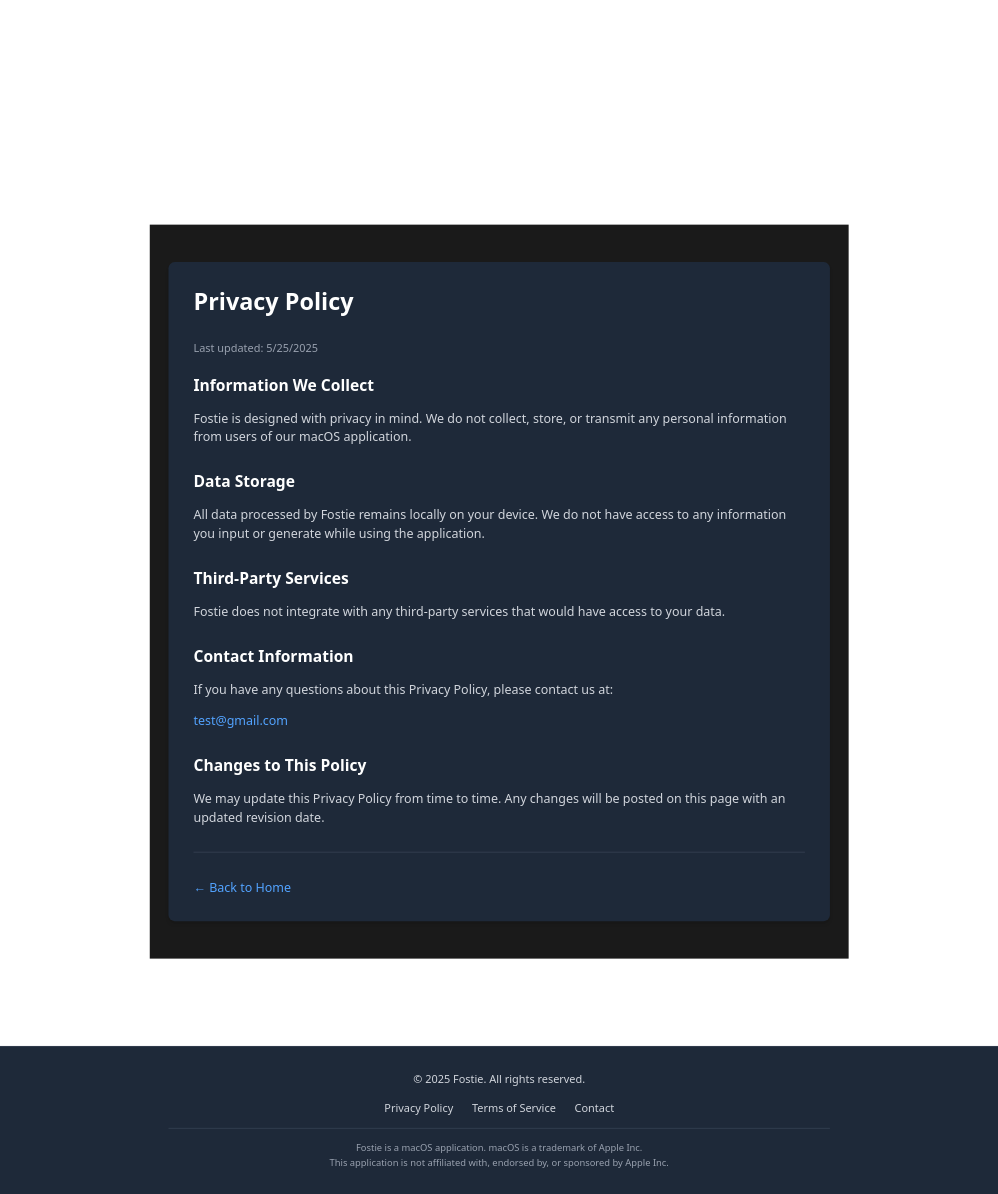
Repository: atimael/fostie-web
Page: /privacy
These files come from the project's save history. The page is drawn as it stood at one moment and after the next save; the edit follows.
The browser window is 1280 px wide. The pictures show the whole page, at 78% of full size.
The project was rebuilt for these pictures with package versions that can differ from the ones it lists, and the page was loaded fresh each time. The framework's server and built-in components were replaced by stand-ins that run in the browser. Also part of the build but not shown: next.config.js.

Above is the page before, as saved 2025-05-26 21:51:09.

After the next save:
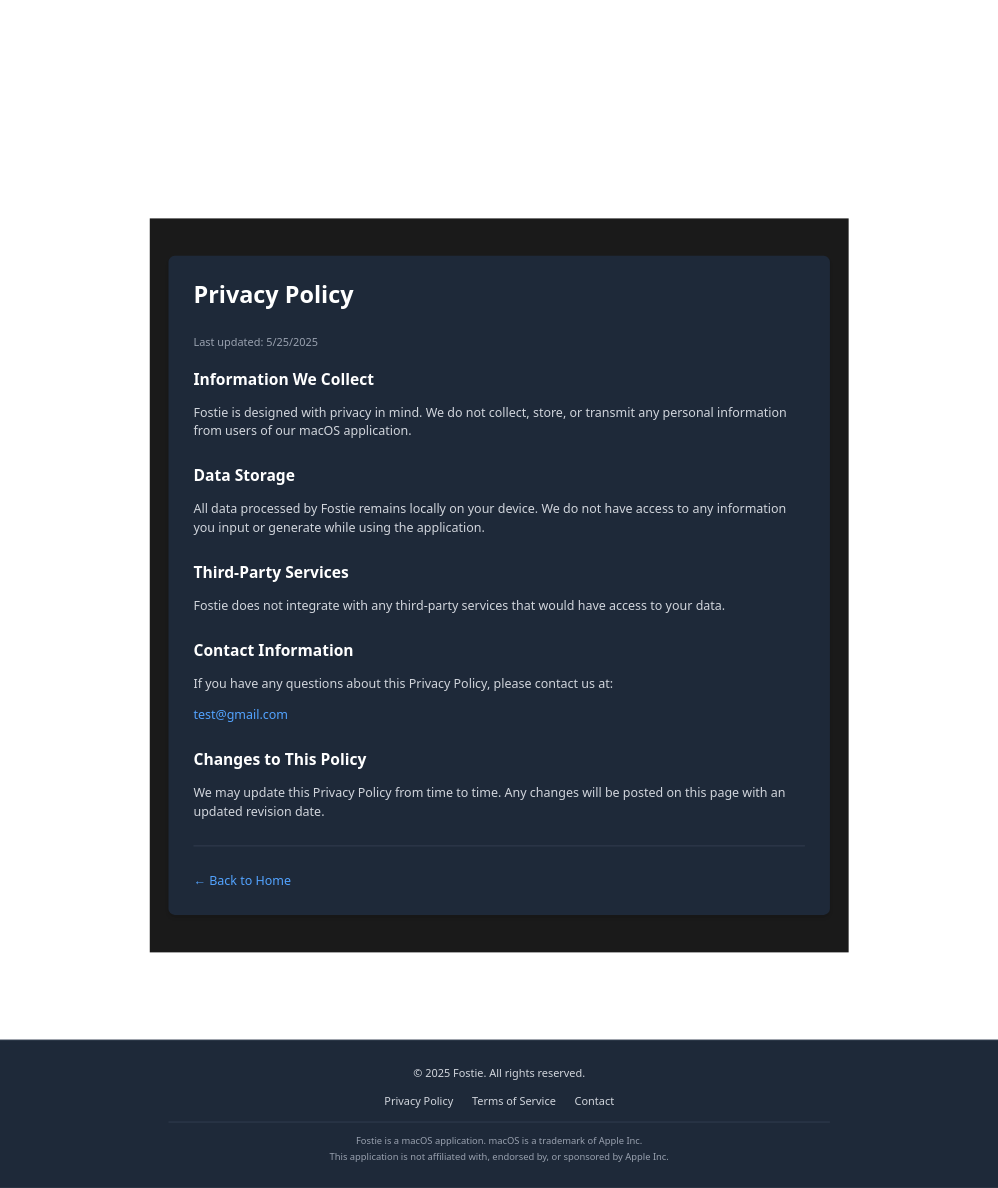
Saved 22 s later.
--- a/components/header.tsx
+++ b/components/header.tsx
@@ -2,10 +2,10 @@
   return (
     <header className="justify-between flex items-center dark:text-white py-6 px-6">
       <div>
-        <h1 className="text-4xl font-bold  text-center">Fostie</h1>
+        <h1 className="text-4xl font-bold text-center">Fostie</h1>
       </div>
 
-      <div>
+      <div className="flex items-center gap-4">
         <div>Contact</div>
 
         <div>Mac App Store</div>
